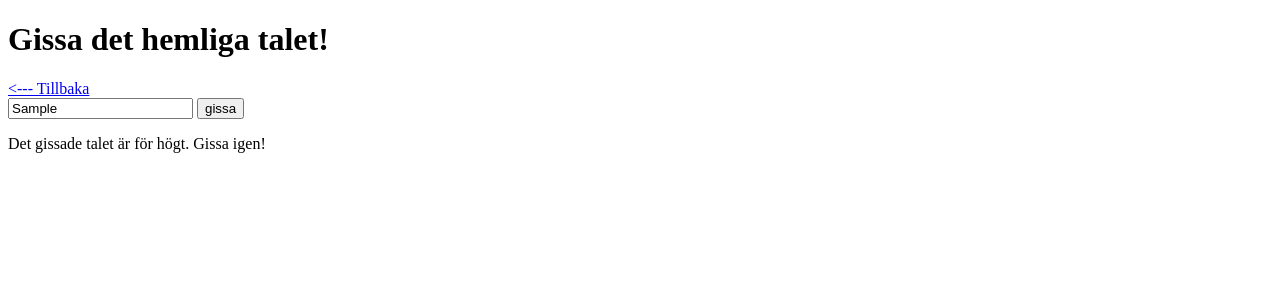
Repository: LindaOtt/1dv403-lo222hd-laborationer
Page: 1-vandalen/guess/index.html
The author's editor kept a record of every edit. The page is drawn from the files as they stood at one moment, then again after the next edit.
The browser window is 1280 px wide. The pictures show the whole page.
Empty fields were first filled with sample values (such as "Sample", 5 or name@example.com).
After loading, the first visible `#send` was clicked once.

Above is the page before.

After the next edit:
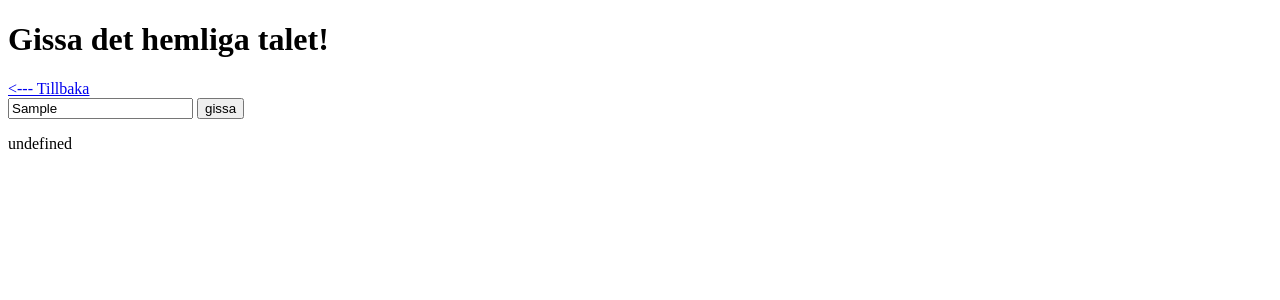
The edit:
--- a/1-vandalen/guess/script.js
+++ b/1-vandalen/guess/script.js
@@ -26,7 +26,7 @@
 
 			default:
 				alert("Du gissade rätt!");
-				answer[1] = "Det gissade talet är för högt. Gissa igen!";
+				answer[0] = "Du gissade rätt!";
 				return answer;
 		}
 
